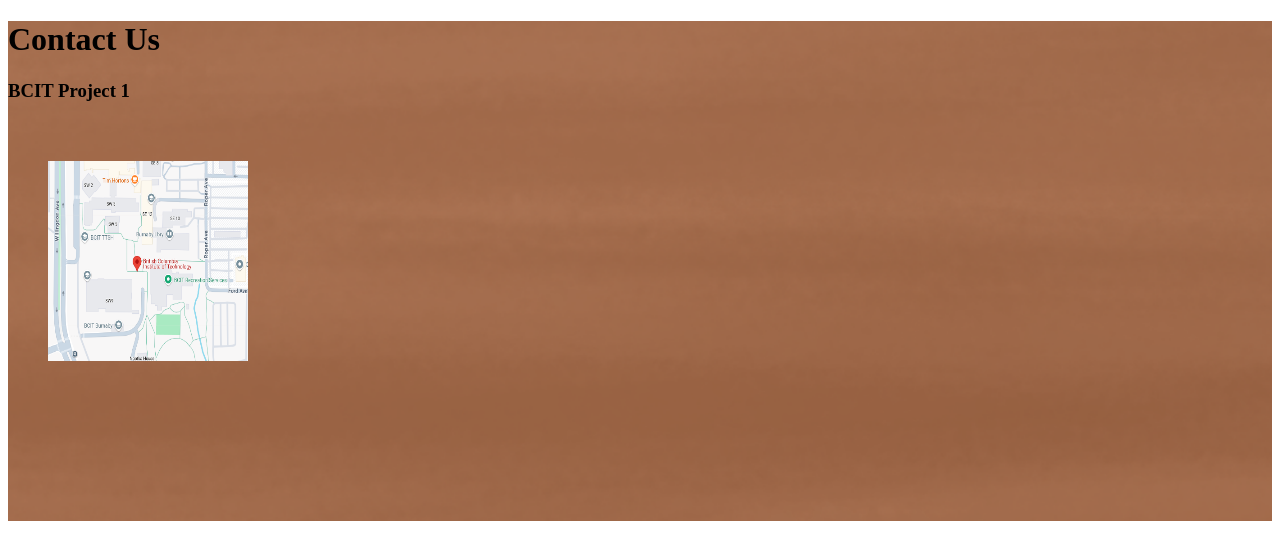
Repository: AlyssaHug/Bandit-Breakout
Page: index.html
The author's editor kept a copy of each file at every save. The page is drawn from the files as they stood at one save, then again after the next save.
The browser window is 1280 px wide. The pictures show the whole page.
Some web fonts or font styles are not loaded; a fallback is used.

Above is the page before, as saved 2025-05-06 22:58:57.

### index.html
<!DOCTYPE html>
<html lang="en">
    <head>
        <meta charset="UTF-8" />
        <meta
            name="viewport"
            content="width=device-width, initial-scale=1.0" />
        <link
            rel="stylesheet"
            href="styles.css" />
        <title>Bandit Breakout</title>
    </head>
    <body>
        <header></header>
        <main>
            <div class="download-now"></div>
            <div class="Contact-us-apps"></div>
        </main>
        <footer>
            <div class="Contact-us">
                <h1>Contact Us</h1>
                <h3>BCIT Project 1</h3>
                <img
                    class="bcit-map"
                    src="img/BCIT.png"
                    alt="BCIT Map" />
            </div>
        </footer>
    </body>
</html>

### styles.css
@import url("https://fonts.googleapis.com/css2?family=Wellfleet&display=swap");

@font-face {
    font-family: "Western Bang Bang";
    src: url("fonts/WesternBangBang.ttf") format("truetype");
    font-weight: normal;
    font-style: normal;
}

:root {
    /* Font Families */
    --font-western: "Western Bang Bang", sans-serif;
    --font-wellfleet: "Wellfleet", serif;

    /* Font Sizes */
    --font-size-h1: 48px;
    --font-size-h2: 36px;
    --font-size-h3: 32px;
    --font-size-h4: 24px;
    --font-size-body: 14px;
    --font-size-caption: 11px;
}
.bcit-map {
    width: 200px;
    height: 200px;
    padding: 40px;
}
footer {
    background-image: url("img/board.png");
    background-size: 200% auto;
    background-repeat: no-repeat;
    background-position: center;
    min-height: 500px;
    height: 500px;
    width: 100%;
    margin: 0;
    padding: 0;
}

After the next save:
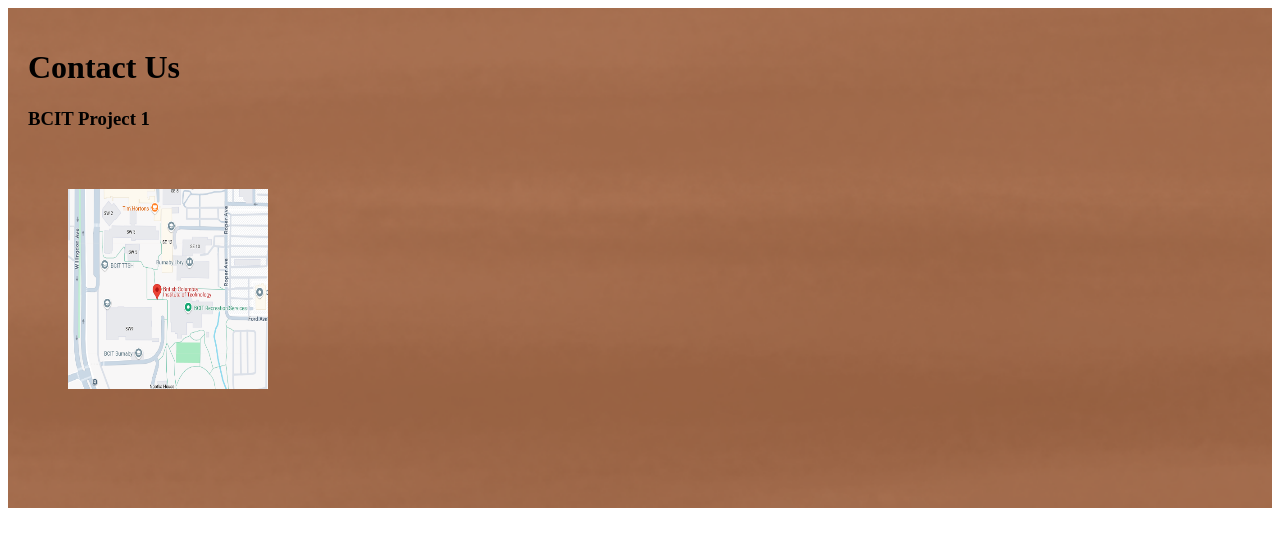
Saved 51 s later.
--- a/styles.css
+++ b/styles.css
@@ -25,6 +25,9 @@
     height: 200px;
     padding: 40px;
 }
+.Contact-us {
+    padding: 20px;
+}
 footer {
     background-image: url("img/board.png");
     background-size: 200% auto;
